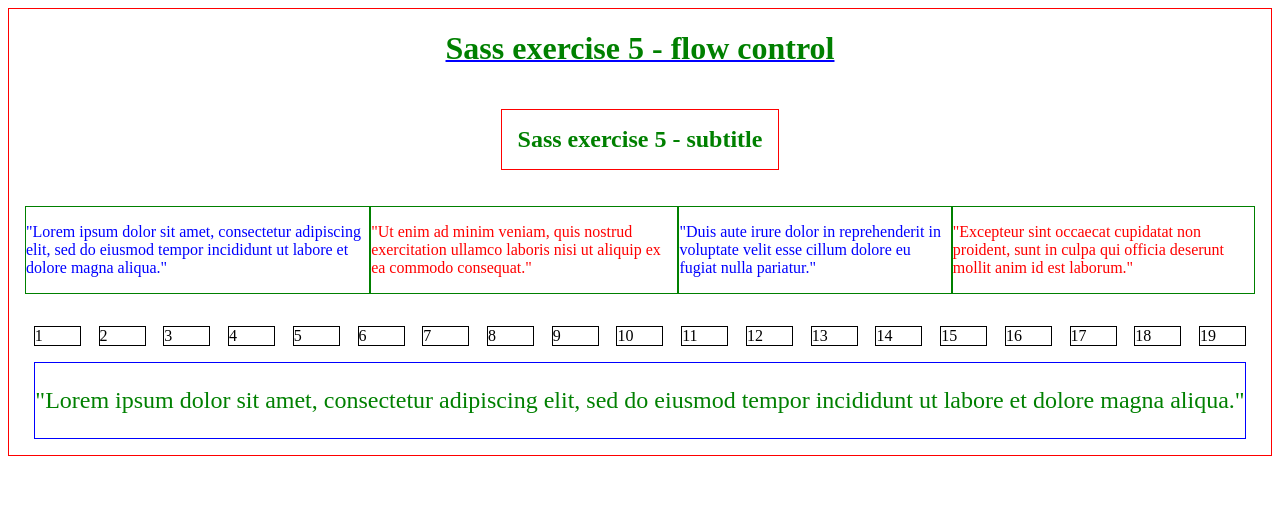
Repository: tr2cky/sass5
Page: index.html
An editor plug-in stored every save of this project. The page is shown before and after a run of saves, followed by the edit.
The browser window is 1280 px wide. The pictures show the whole page.
The style sheet was rebuilt from its Sass, Less or Tailwind sources for each picture, by a compiler version that may differ from the author's.

Above is the page before, as saved 2022-10-16 12:21:38.

After the next 7 saves:
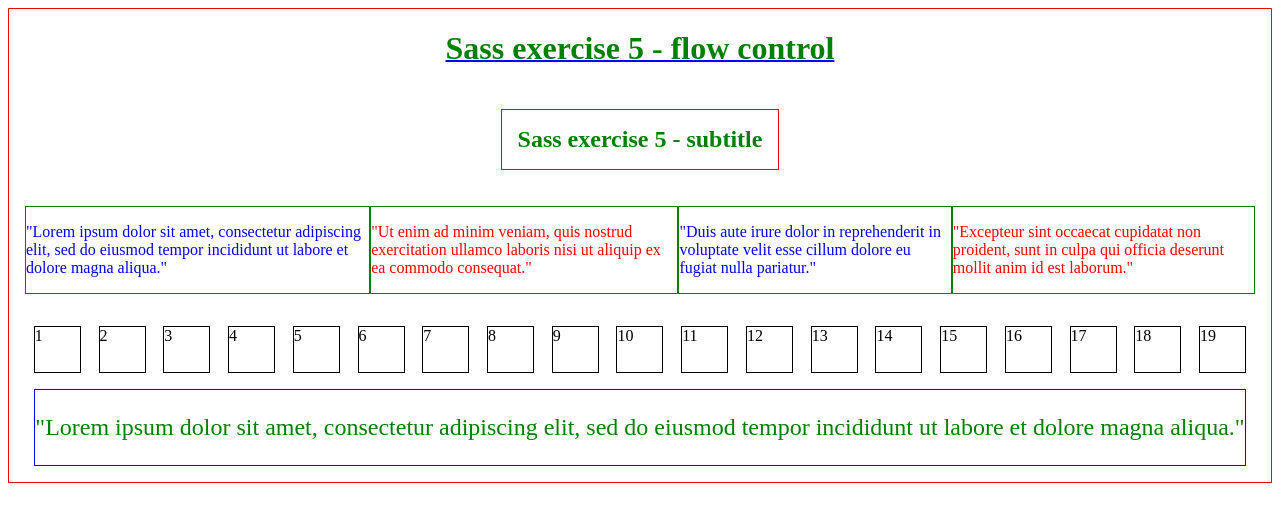
The 7 saves are shown as one change because 1 did not build or start and some came seconds apart.
The last was saved 71 s later.
--- a/style.scss
+++ b/style.scss
@@ -9,6 +9,7 @@
 
     & div {
         border: toRem(1) solid;
-        width: toRem(45)
+        width: toRem(45);
+        height: toRem(45);
     }
 }
